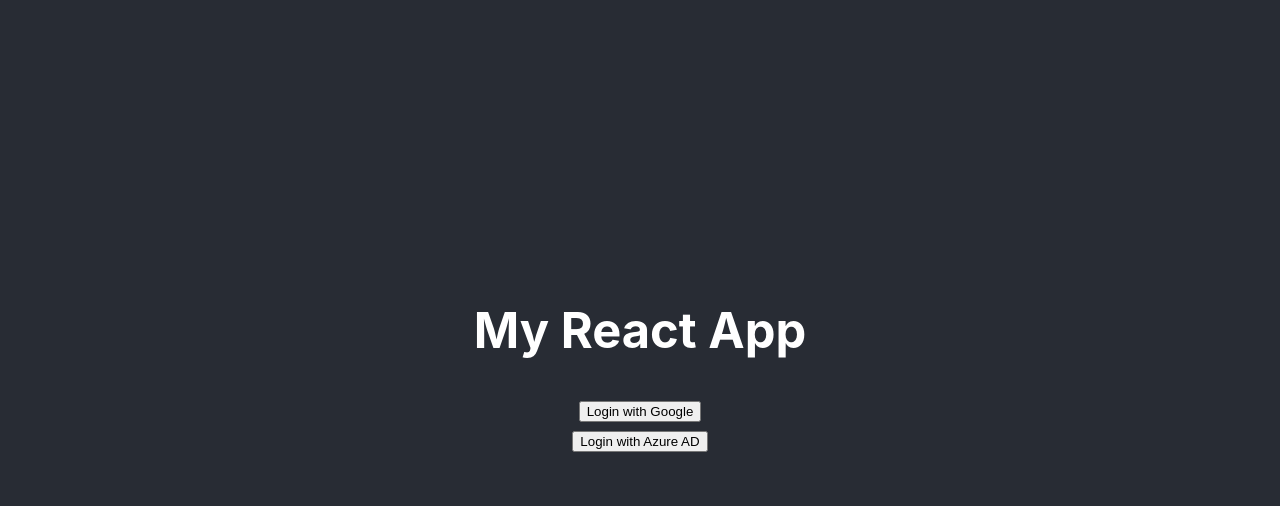
Repository: Imvikram99/sso
Page: /
An editor plug-in stored every save of this project. The page is shown before and after a run of saves, followed by the edit.
The browser window is 1280 px wide. The pictures show the whole page.
The project was rebuilt for these pictures with package versions that can differ from the ones it lists, and the page was loaded fresh each time.

Above is the page before, as saved 2023-10-15 16:14:26.

### src/App.js
import logo from './logo.svg';
import './App.css';
import Login from './Login';
import AzureLogin from './AzureLogin';

function App() {
  return (
    <div className="App">
      <header className="App-header">
        <h1>My React App</h1>
        <Login />
        <AzureLogin></AzureLogin>
      </header>
    </div>
  );
}

export default App;

### src/Login.js
import React from 'react';
import axios from 'axios';

const Login = () => {
  const handleLogin = async () => {
    try {
      // Redirect to Spring Boot OAuth2 login endpoint
      window.location.href = 'http://localhost:8080/oauth2/authorize/google';
    } catch (error) {
      console.error('An error occurred during login:', error);
    }
  };

  return (
    <div>
      <button onClick={handleLogin}>Login with Google</button>
    </div>
  );
};

export default Login;

### src/AzureLogin.js
import React from 'react';

const AzureLogin = () => {
  const handleLogin = () => {
    // Replace these placeholders with your Azure AD application details
    const clientId = 'c9628c9e-07fd-488a-811a-9c1a12ffa7fe';
    const redirectUri = 'http://localhost:8080/login/oauth2/code/'; // This should match your Azure AD app's redirect URI
    const authorizationEndpoint = 'https://login.microsoftonline.com/aa850f7f-4144-444d-bcbf-be717b02c121/oauth2/v2.0/authorize';

    // Construct the authorization URL
    const authUrl = `${authorizationEndpoint}?client_id=${clientId}&redirect_uri=${redirectUri}&response_type=code&scope=openid profile`;

    // Redirect the user to the Azure AD login page
    window.location.href = authUrl;
  };

  return (
    <div>
      <button onClick={handleLogin}>Login with Azure AD</button>
    </div>
  );
};

export default AzureLogin;

### src/Login2.js
import React from 'react';
import axios from 'axios';

const Login2 = () => {
  const handleLogin = async () => {
    try {
      // Redirect to Spring Boot OAuth2 login endpoint
      window.location.href = 'http://localhost:8080/oauth2/authorize/azure-client';
    } catch (error) {
      console.error('An error occurred during login:', error);
    }
  };

  return (
    <div>
      <button onClick={handleLogin}>Login with Azure2</button>
    </div>
  );
};

export default Login2;

Loaded but not shown: public/index.html (common file); src/index.js (common file); src/index.css (common file); src/reportWebVitals.js (common file); src/App.css (common file)

After the next 2 saves:
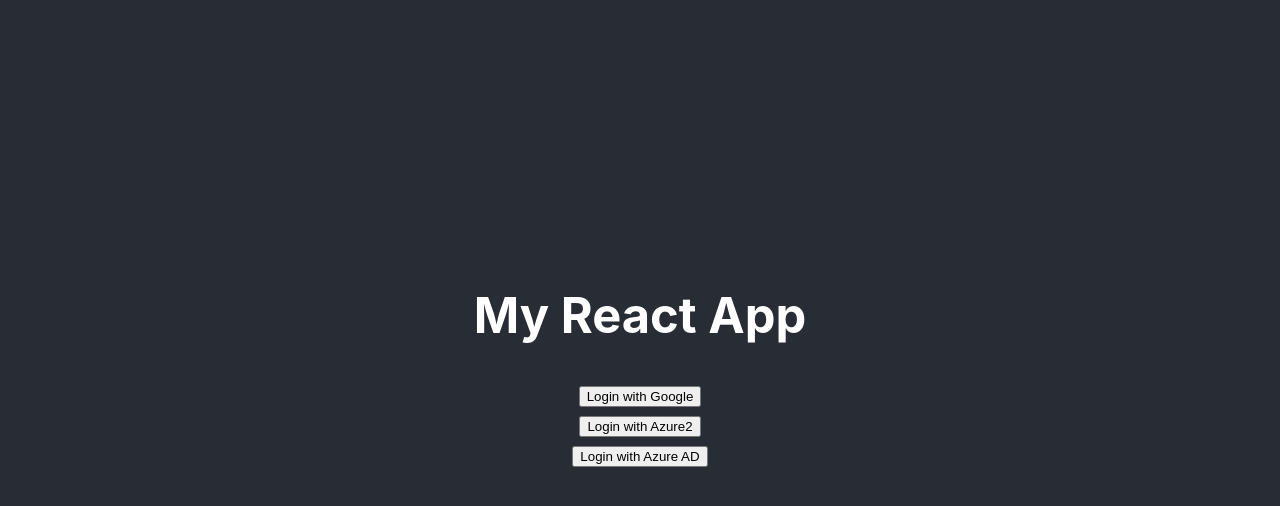
The 2 saves are shown as one change because 1 did not build or start.
The last was saved 31 s later.
--- a/src/App.js
+++ b/src/App.js
@@ -1,6 +1,7 @@
 import logo from './logo.svg';
 import './App.css';
 import Login from './Login';
+import Login2 from './Login2';
 import AzureLogin from './AzureLogin';
 
 function App() {
@@ -9,6 +10,7 @@ function App() {
       <header className="App-header">
         <h1>My React App</h1>
         <Login />
+        <Login2 />
         <AzureLogin></AzureLogin>
       </header>
     </div>
